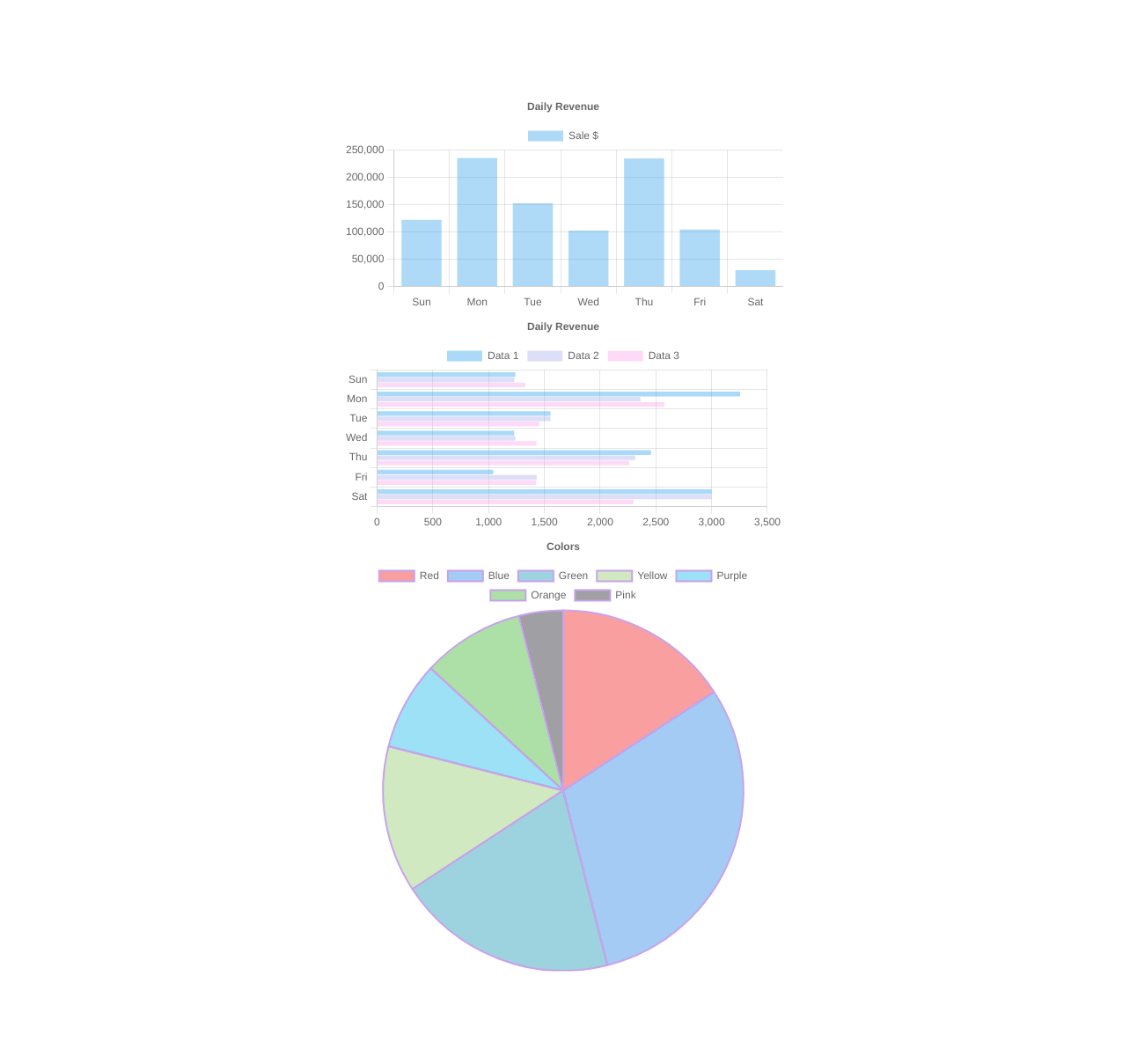
Repository: k8ANStar/exercise-5
Page: /
An editor plug-in stored every save of this project. The page is shown before and after the next save, followed by the edit.
The browser window is 1280 px wide. The pictures show the whole page, at 88% of full size.
The project was rebuilt for these pictures with package versions that can differ from the ones it lists, and the page was loaded fresh each time. The framework's server and built-in components were replaced by stand-ins that run in the browser. Also part of the build but not shown: next.config.mjs.

Above is the page before, as saved 2024-04-15 10:44:19.

### pages/index.js
import styles from "@/styles/Home.module.css";
import VerticalChart from "@/components/VerticalChart";
import HorizontalChart from "@/components/HorizontalChart";
import PieChart from "@/components/PieChart";

export default function Home() {
	return (
		<>
			<main className={`${styles.main} `}>
				<VerticalChart />

				<HorizontalChart />

				<PieChart />
			</main>
		</>
	);
}

### styles/Home.module.css
.main {
	display: flex;
	flex-direction: column;
	justify-content: space-between;
	align-items: center;
	padding: 6rem;
	min-height: 30vh;
}

### components/VerticalChart/index.js
import styles from "./VerticalChart.module.css";
import { Bar } from "react-chartjs-2";
import {
	Chart as ChartJS,
	CategoryScale,
	LinearScale,
	BarElement,
	Title,
	Tooltip,
	Legend,
} from "chart.js";

import { useEffect, useState } from "react";

ChartJS.register(
	CategoryScale,
	LinearScale,
	BarElement,
	Title,
	Tooltip,
	Legend
);

export default function VerticalChart() {
	const [chartData, setChartData] = useState({
		datasets: [],
	});
	const [chartOptions, setChartOptions] = useState({});

	useEffect(() => {
		setChartData({
			labels: ["Sun", "Mon", "Tue", "Wed", "Thu", "Fri", "Sat"],
			datasets: [
				{
					label: "Sale $",
					data: [122340, 235256, 152455, 102430, 234561, 104326, 30000],
					borderColor: "rgb(53, 162, 235)",
					backgroundColor: "rgb(53, 162, 235, 0.4)",
				},
			],
		});

		setChartOptions({
			plugins: {
				legend: {
					postion: "top",
				},
				title: {
					display: true,
					text: "Daily Revenue",
				},
			},
			maintainAspectRatio: false,
			responsive: true,
		});
	}, []);

	return (
		<div>
			<Bar
				data={chartData}
				options={chartOptions}
				style={{ width: "500px", height: "300px" }}
			/>
		</div>
	);
}

### components/HorizontalChart/index.js
import styles from "./HorizontalChart.module.css";
import { Bar } from "react-chartjs-2";
import {
	Chart as ChartJS,
	CategoryScale,
	LinearScale,
	BarElement,
	Title,
	Tooltip,
	Legend,
} from "chart.js";

import { useEffect, useState } from "react";

ChartJS.register(
	CategoryScale,
	LinearScale,
	BarElement,
	Title,
	Tooltip,
	Legend
);

export default function HorizontalChart() {
	const [chartData, setChartData] = useState({
		datasets: [],
	});
	const [chartOptions, setChartOptions] = useState({});

	useEffect(() => {
		setChartData({
			labels: ["Sun", "Mon", "Tue", "Wed", "Thu", "Fri", "Sat"],
			datasets: [
				{
					label: "Data 1",
					data: [1240, 3256, 1555, 1230, 2456, 1042, 3000],
					borderColor: "rgb(43, 162, 235)",
					backgroundColor: "rgb(43, 162, 235, 0.4)",
				},
				{
					label: "Data 2",
					data: [1230, 2361, 1555, 1240, 2317, 1432, 3000],
					borderColor: "rgb(170, 162, 235)",
					backgroundColor: "rgb(170, 172, 235, 0.4)",
				},
				{
					label: "Data 3",
					data: [1330, 2576, 1455, 1430, 2261, 1426, 2300],
					borderColor: "rgb(250, 162, 235)",
					backgroundColor: "rgb(250, 162, 235, 0.4)",
				},
			],
		});

		setChartOptions({
			indexAxis: "y",
			plugins: {
				legend: {
					postion: "top",
				},
				title: {
					display: true,
					text: "Daily Revenue",
				},
			},
			maintainAspectRatio: true,
			responsive: true,
		});
	}, []);

	return (
		<div>
			<Bar
				data={chartData}
				options={chartOptions}
				style={{ width: "500px", height: "300px" }}
			/>
		</div>
	);
}

### components/PieChart/index.js
import styles from "./PieChart.module.css";
import { Pie } from "react-chartjs-2";
import {
	Chart as ChartJS,
	CategoryScale,
	ArcElement,
	Tooltip,
	Legend,
} from "chart.js";

import { useEffect, useState } from "react";

ChartJS.register(CategoryScale, ArcElement, Tooltip, Legend);

export default function PieChart() {
	const [chartData, setChartData] = useState({
		datasets: [],
	});
	const [chartOptions, setChartOptions] = useState({});

	useEffect(() => {
		setChartData({
			labels: ["Red", "Blue", "Green", "Yellow", "Purple", "Orange", "Pink"],
			datasets: [
				{
					label: "# of Votes",
					data: [12, 23, 15, 10, 6, 7, 3],
					borderColor: "rgb(200, 162, 235)",
					backgroundColor: [
						"rgb(242, 15, 15, 0.4)",
						"rgb(25, 126, 226, 0.4)",
						"rgb(11, 146, 175, 0.4)",
						"rgb(140, 200, 100, 0.4)",
						"rgb(12, 180, 235, 0.4)",
						"rgb(49, 178, 35, 0.4)",
						"rgb(19, 16, 25, 0.4)",
					],
				},
			],
		});

		setChartOptions({
			plugins: {
				legend: {
					postion: "top",
				},
				title: {
					display: true,
					text: "Colors",
				},
			},
			maintainAspectRatio: false,
			responsive: true,
		});
	}, []);

	return (
		<div>
			<Pie
				data={chartData}
				options={chartOptions}
				style={{ width: "500px", height: "300px" }}
			/>
		</div>
	);
}

Loaded but not shown: pages/_app.js (common file); pages/_document.js (common file); styles/globals.css (common file); components/HorizontalChart/HorizontalChart.module.css (no stored copy; drawn as an empty file); components/PieChart/PieChart.module.css (no stored copy; drawn as an empty file); components/VerticalChart/VerticalChart.module.css (no stored copy; drawn as an empty file)

After the next save:
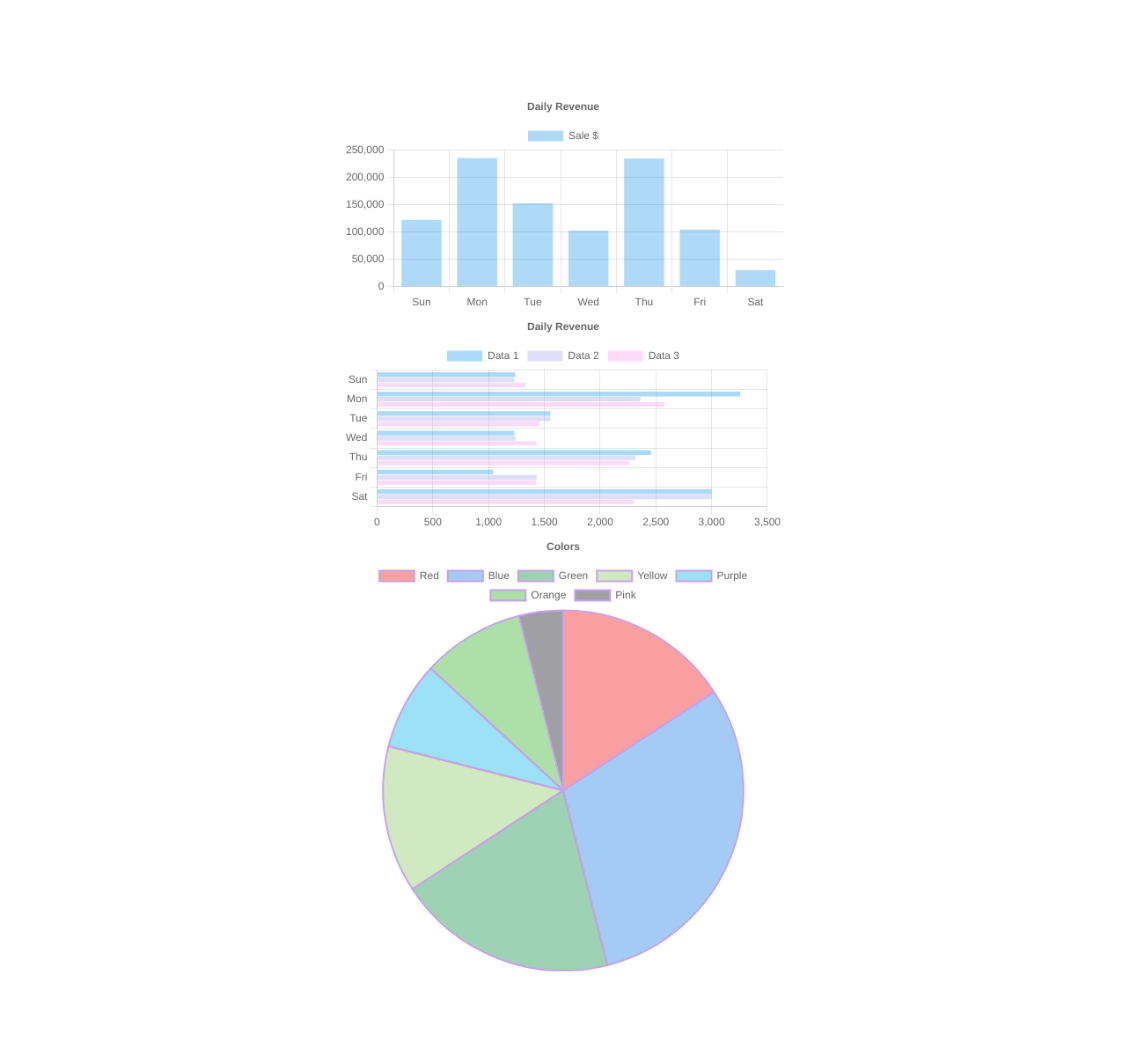
Saved 4 s later.
--- a/components/PieChart/index.js
+++ b/components/PieChart/index.js
@@ -29,7 +29,7 @@ export default function PieChart() {
 					backgroundColor: [
 						"rgb(242, 15, 15, 0.4)",
 						"rgb(25, 126, 226, 0.4)",
-						"rgb(11, 146, 175, 0.4)",
+						"rgb(11, 146, 65, 0.4)",
 						"rgb(140, 200, 100, 0.4)",
 						"rgb(12, 180, 235, 0.4)",
 						"rgb(49, 178, 35, 0.4)",
